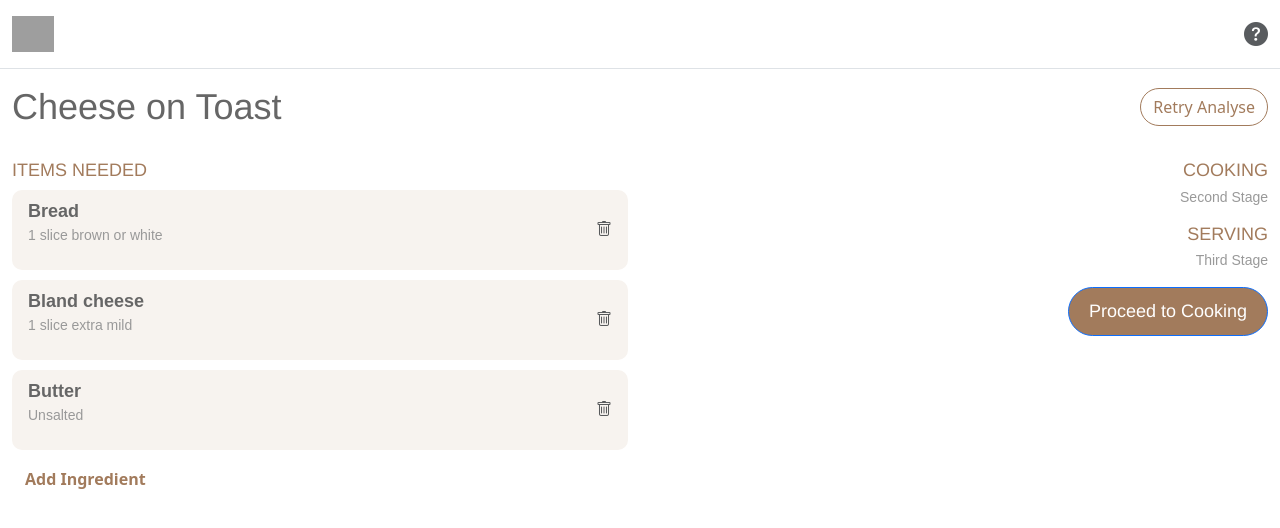
Repository: devashrisamani/SMC
Page: index.html
An editor plug-in stored every save of this project. The page is shown before and after the next save, followed by the edit.
The browser window is 1280 px wide. The pictures show the whole page.
Pictures or frames that could not be fetched are drawn as grey boxes.

Above is the page before, as saved 2024-10-09 15:00:41.

### index.html
<!DOCTYPE html>
<html lang="en">
  <head>
    <meta charset="UTF-8" />
    <meta name="viewport" content="width=device-width, initial-scale=1.0" />
    <link
      href="https://cdn.jsdelivr.net/npm/bootstrap@5.3.0-alpha1/dist/css/bootstrap.min.css"
      rel="stylesheet"
    />
    <link
      href="https://cdn.jsdelivr.net/npm/bootstrap-icons/font/bootstrap-icons.css"
      rel="stylesheet"
    />
    <link rel="stylesheet" href="styles.css" />
    <title>Recipe Page</title>
  </head>
  <body>
    <!-- Header -->
    <header class="container-fluid border-bottom py-3">
      <div class="d-flex justify-content-between align-items-center">
        <!-- Logo -->
        <div>
          <img src="img/logomark.svg" alt="Logo" class="logo" />
        </div>

        <!-- Help Icon -->
        <div>
          <i class="bi bi-question-circle-fill fs-4 text-muted"></i>
        </div>
      </div>
    </header>

    <!-- Title and Retry Button -->
    <section class="container-fluid py-3">
      <div class="d-flex justify-content-between align-items-center">
        <!-- Title -->
        <h1 class="header-title">Cheese on Toast</h1>

        <!-- Retry Button -->
        <button class="btn btn-outline-primary retry-btn">Retry Analyse</button>
      </div>
    </section>

    <!-- Main Content -->
    <section class="container-fluid py-3">
      <div class="row">
        <!-- Left Side: Items Needed -->
        <div class="col-md-6">
          <h4 class="items-title">ITEMS NEEDED</h4>

          <!-- Ingredients List -->
          <ul class="list-group ingredients-list">
            <li
              class="list-group-item d-flex justify-content-between align-items-center"
            >
              <div>
                <strong>Bread</strong>
                <p>1 slice brown or white</p>
              </div>
              <i class="bi bi-trash text-muted"></i>
            </li>
            <li
              class="list-group-item d-flex justify-content-between align-items-center"
            >
              <div>
                <strong>Bland cheese</strong>
                <p>1 slice extra mild</p>
              </div>
              <i class="bi bi-trash text-muted"></i>
            </li>
            <li
              class="list-group-item d-flex justify-content-between align-items-center"
            >
              <div>
                <strong>Butter</strong>
                <p>Unsalted</p>
              </div>
              <i class="bi bi-trash text-muted"></i>
            </li>
          </ul>

          <!-- Add Ingredient Button -->
          <button class="btn btn-link add-ingredient">Add Ingredient</button>
        </div>

        <!-- Right Side: Cooking and Serving Stages -->
        <div class="col-md-6 d-flex flex-column align-items-end">
          <div class="stage-section text-end">
            <h5>COOKING</h5>
            <p>Second Stage</p>
          </div>
          <div class="stage-section text-end">
            <h5>SERVING</h5>
            <p>Third Stage</p>
          </div>

          <!-- Proceed to Cooking Button -->
          <button class="btn btn-primary proceed-btn">
            Proceed to Cooking
          </button>
        </div>
      </div>
    </section>

    <script src="https://cdn.jsdelivr.net/npm/bootstrap@5.3.0-alpha1/dist/js/bootstrap.bundle.min.js"></script>
  </body>
</html>

### styles.css
/* Custom styles for the header */
.logo {
  width: 42px;
  height: 36px;
}

.bi-question-circle-fill {
  color: #a27b5c;
}

.border-bottom {
  border-color: #eee;
}

/* Title Section */
.header-title {
  font-family: "Calistoga-Regular", Helvetica, sans-serif;
  color: #666666;
  font-size: 36px;
  margin: 0;
}

.retry-btn {
  border-color: #a27b5c;
  color: #a27b5c;
  border-radius: 20px;
}

.retry-btn:hover {
  background-color: #a27b5c;
  color: #fff;
}

/* Main Content Styling */
.items-title {
  font-family: "Calistoga-Regular", Helvetica, sans-serif;
  color: #a27b5c;
  font-size: 18px;
}

.ingredients-list .list-group-item {
  border: none;
  border-radius: 10px;
  background-color: #f7f3ef;
  margin-bottom: 10px;
  font-family: "DM Sans", sans-serif;
}

.ingredients-list .list-group-item strong {
  font-size: 18px;
  color: #666666;
}

.ingredients-list .list-group-item p {
  font-size: 14px;
  color: #999999;
}

.add-ingredient {
  color: #a27b5c;
  font-weight: bold;
  text-decoration: none;
}

.stage-section h5 {
  font-family: "Calistoga-Regular", Helvetica, sans-serif;
  font-size: 18px;
  color: #a27b5c;
  margin-bottom: 5px;
}

.stage-section p {
  font-family: "DM Sans", sans-serif;
  font-size: 14px;
  color: #999999;
}

.proceed-btn {
  background-color: #a27b5c;
  color: white;
  border-radius: 30px;
  padding: 10px 20px;
  font-size: 18px;
  font-family: "Calistoga-Regular", Helvetica, sans-serif;
}

After the next save:
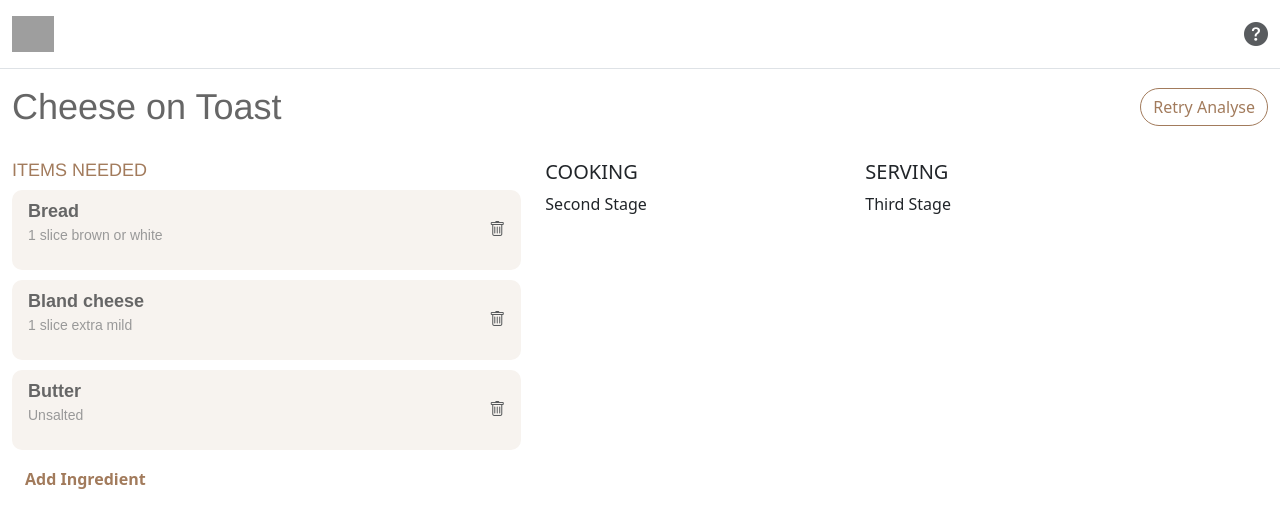
Saved 4 min 31 s later.
--- a/index.html
+++ b/index.html
@@ -44,8 +44,8 @@
     <!-- Main Content -->
     <section class="container-fluid py-3">
       <div class="row">
-        <!-- Left Side: Items Needed -->
-        <div class="col-md-6">
+        <!-- First Rectangle: Items Needed -->
+        <div class="col-md-5 rectangle items-needed">
           <h4 class="items-title">ITEMS NEEDED</h4>
 
           <!-- Ingredients List -->
@@ -83,21 +83,16 @@
           <button class="btn btn-link add-ingredient">Add Ingredient</button>
         </div>
 
-        <!-- Right Side: Cooking and Serving Stages -->
-        <div class="col-md-6 d-flex flex-column align-items-end">
-          <div class="stage-section text-end">
-            <h5>COOKING</h5>
-            <p>Second Stage</p>
-          </div>
-          <div class="stage-section text-end">
-            <h5>SERVING</h5>
-            <p>Third Stage</p>
-          </div>
+        <!-- Second Rectangle: Cooking -->
+        <div class="col-md-3 rectangle cooking">
+          <h5>COOKING</h5>
+          <p>Second Stage</p>
+        </div>
 
-          <!-- Proceed to Cooking Button -->
-          <button class="btn btn-primary proceed-btn">
-            Proceed to Cooking
-          </button>
+        <!-- Third Rectangle: Serving -->
+        <div class="col-md-3 rectangle serving">
+          <h5>SERVING</h5>
+          <p>Third Stage</p>
         </div>
       </div>
     </section>
